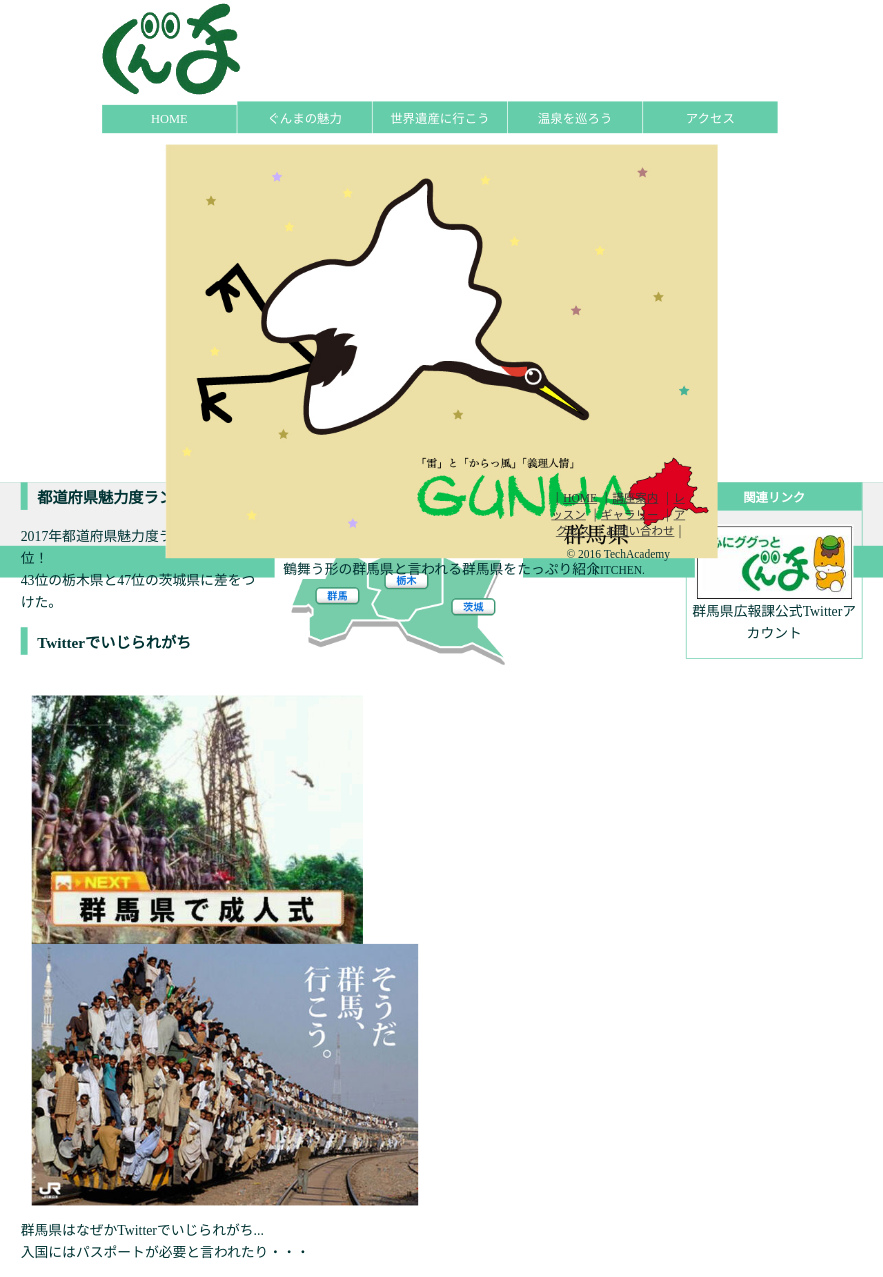
Repository: erinakatagiri/gomi
Page: gunma/Gunma.html
The author's editor kept a record of every edit. The page is drawn from the files as they stood at one moment, then again after the next edit.
The browser window is 1280 px wide. The pictures show the whole page, at 69% of full size.

Above is the page before.

After the next edit:
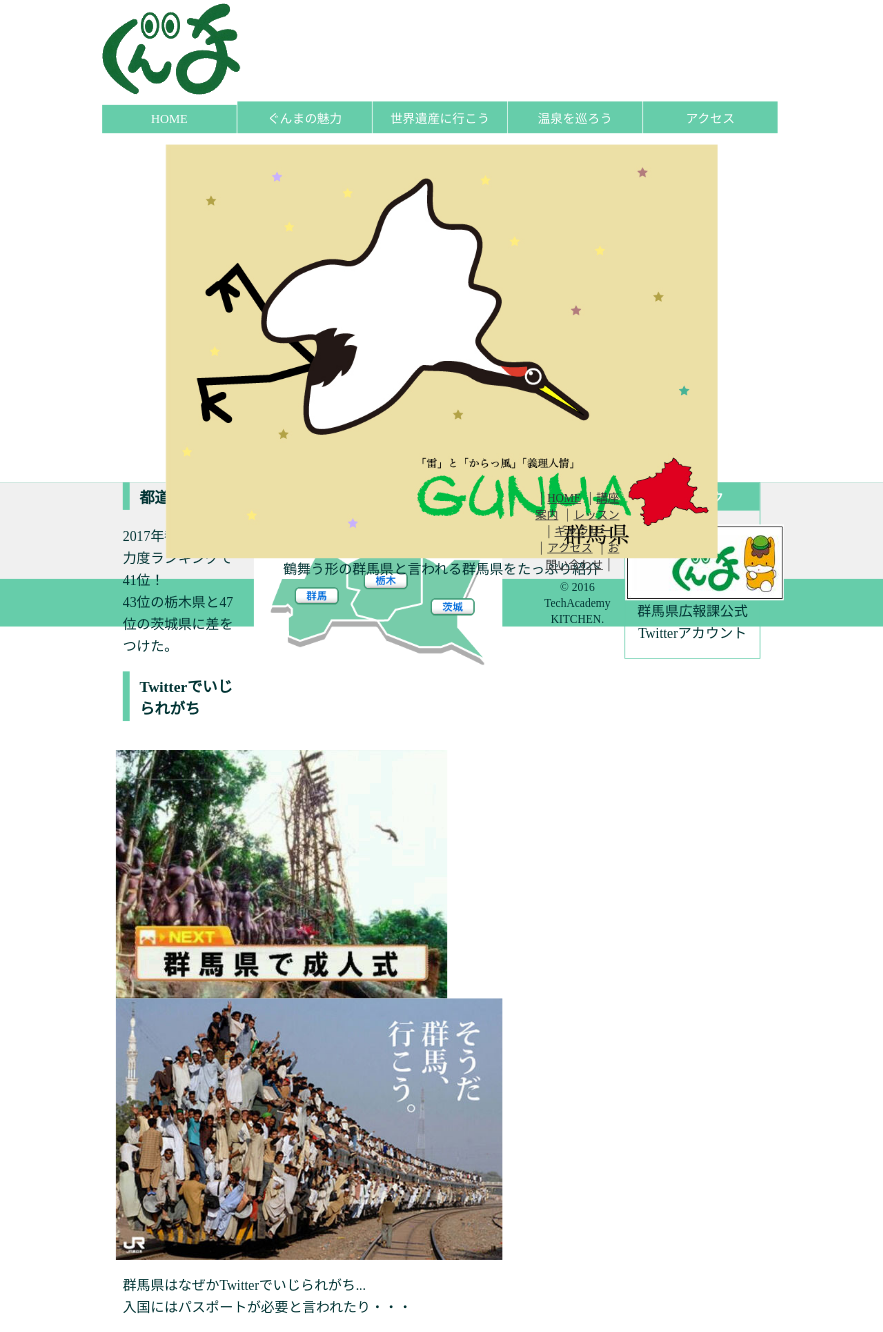
The edit:
--- a/gunma/Gunma.css
+++ b/gunma/Gunma.css
@@ -102,6 +102,10 @@
 #body{
     width: 984px;
 }
+#wrapper{
+    width: 984px;
+    margin: 0 auto;
+}
 #main{
     width: 60%;
     float: left;
